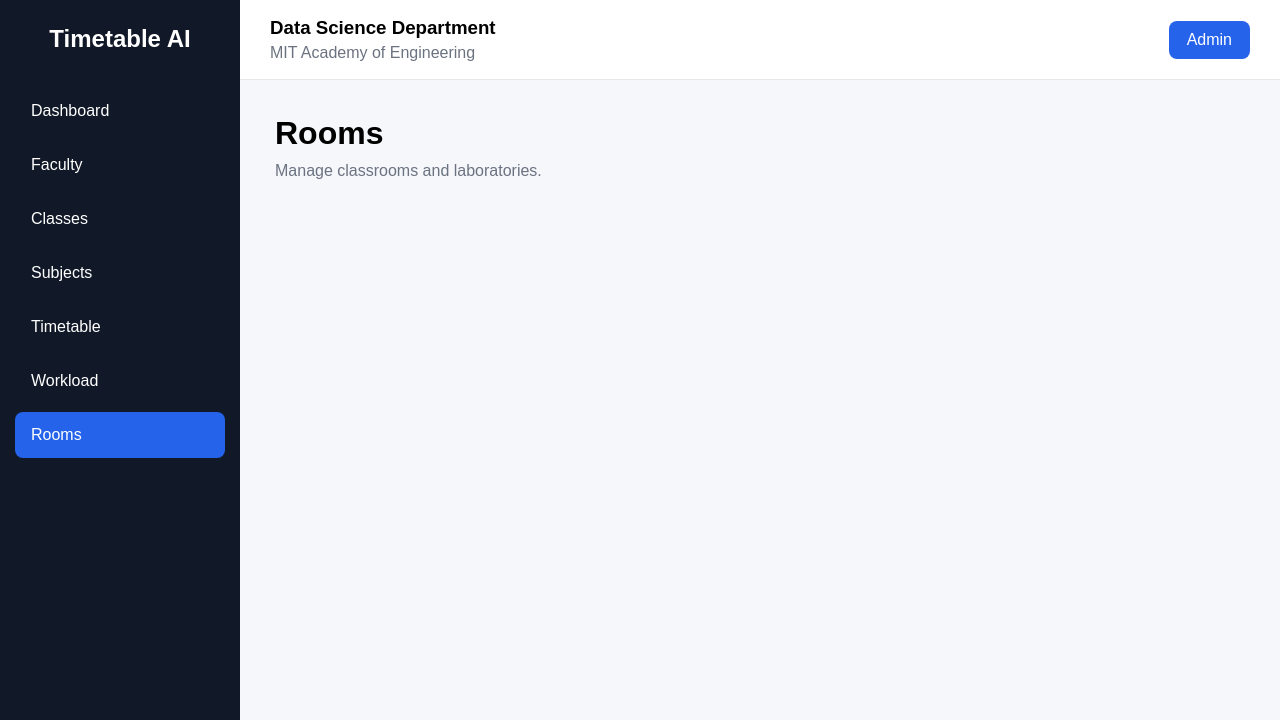
Repository: palak-surana/Intelligent-Timetable-System
Page: /rooms (app in frontend/)
An editor plug-in stored every save of this project. The page is shown before and after the next save, followed by the edit.
The browser window is 1280 px wide. The pictures show the whole page.
The project was rebuilt for these pictures with package versions that can differ from the ones it lists, and the page was loaded fresh each time. Also part of the build but not shown: frontend/vite.config.js, frontend/src/pages/Dashboard.jsx, frontend/src/pages/Faculty.jsx, frontend/src/pages/Classes.jsx, frontend/src/pages/Subjects.jsx, frontend/src/pages/Timetable.jsx, frontend/src/pages/Workload.jsx.

Above is the page before, as saved 2026-08-15 22:43:01.

### frontend/src/index.css
* {
  margin: 0;
  padding: 0;
  box-sizing: border-box;
}

body {
  font-family: Arial, sans-serif;
  background: #f5f7fb;
}

.app {
  display: flex;
  min-height: 100vh;
}

.sidebar {
  width: 240px;
  min-height: 100vh;
  background: #111827;
  color: white;
  padding: 25px 15px;
}

.sidebar h2 {
  text-align: center;
  margin-bottom: 35px;
}

.nav-item {
  padding: 14px 16px;
  margin-bottom: 8px;
  border-radius: 8px;
  cursor: pointer;
}

.nav-item:hover,
.nav-item.active {
  background: #2563eb;
}

.main {
  flex: 1;
}

.navbar {
  height: 80px;
  background: white;
  padding: 15px 30px;
  display: flex;
  justify-content: space-between;
  align-items: center;
  border-bottom: 1px solid #e5e7eb;
}

.navbar h3 {
  margin-bottom: 5px;
}

.navbar p {
  color: #6b7280;
}

.admin {
  background: #2563eb;
  color: white;
  padding: 10px 18px;
  border-radius: 8px;
}

.dashboard {
  padding: 35px;
}

.dashboard h1 {
  margin-bottom: 8px;
}

.welcome {
  color: #6b7280;
  margin-bottom: 30px;
}

.stats {
  display: grid;
  grid-template-columns: repeat(4, 1fr);
  gap: 20px;
}

.card {
  background: white;
  padding: 25px;
  border-radius: 12px;
  box-shadow: 0 2px 10px rgba(0, 0, 0, 0.05);
}

.card h2 {
  font-size: 32px;
  margin-bottom: 8px;
}

.card p {
  color: #6b7280;
}

.department-card {
  background: white;
  margin-top: 30px;
  padding: 25px;
  border-radius: 12px;
}

.classes {
  display: flex;
  gap: 20px;
  margin-top: 20px;
}

.classes div {
  flex: 1;
  padding: 25px;
  background: #f3f4f6;
  border-radius: 10px;
  text-align: center;
  font-weight: bold;
}

/* Sidebar links */
.nav-item {
  display: block;
  color: white;
  text-decoration: none;
  padding: 14px 16px;
  margin-bottom: 8px;
  border-radius: 8px;
  cursor: pointer;
}

.nav-item:hover {
  background: #2563eb;
}

.nav-item.active {
  background: #2563eb;
}

/* Page content */
.page {
  padding: 35px;
}

.page h1 {
  margin-bottom: 10px;
}

.page p {
  color: #6b7280;
}

.page-header {
  display: flex;
  justify-content: space-between;
  align-items: center;
  margin-bottom: 30px;
}

.page-header h1 {
  margin-bottom: 8px;
}

.primary-button,
.save-button {
  border: none;
  background: #2563eb;
  color: white;
  padding: 12px 20px;
  border-radius: 8px;
  cursor: pointer;
  font-size: 15px;
  font-weight: 600;
}

.primary-button:hover,
.save-button:hover {
  background: #1d4ed8;
}

.faculty-form {
  background: white;
  padding: 25px;
  border-radius: 12px;
  margin-bottom: 30px;
  box-shadow: 0 2px 10px rgba(0, 0, 0, 0.05);
}

.faculty-form h2 {
  margin-bottom: 20px;
}

.form-grid {
  display: grid;
  grid-template-columns: repeat(2, 1fr);
  gap: 15px;
  margin-bottom: 20px;
}

.form-grid input,
.form-grid select {
  padding: 12px;
  border: 1px solid #d1d5db;
  border-radius: 7px;
  font-size: 14px;
  outline: none;
}

.form-grid input:focus,
.form-grid select:focus {
  border-color: #2563eb;
}

.faculty-summary {
  display: grid;
  grid-template-columns: repeat(4, 1fr);
  gap: 20px;
  margin-bottom: 30px;
}

.summary-card {
  background: white;
  padding: 22px;
  border-radius: 12px;
  display: flex;
  flex-direction: column;
  gap: 8px;
  box-shadow: 0 2px 10px rgba(0, 0, 0, 0.05);
}

.summary-card span {
  color: #6b7280;
}

.summary-card strong {
  font-size: 28px;
}

.faculty-table {
  background: white;
  border-radius: 12px;
  overflow: hidden;
  box-shadow: 0 2px 10px rgba(0, 0, 0, 0.05);
}

.table-header {
  display: grid;
  grid-template-columns: 1fr 2fr 1.5fr 1fr 1fr;
  padding: 18px 20px;
  background: #f3f4f6;
  font-weight: 600;
}

.empty-state {
  text-align: center;
  padding: 60px 20px;
}

.empty-state h3 {
  margin-bottom: 8px;
}

.empty-state p {
  color: #6b7280;
}
.table-row {
  display: grid;
  grid-template-columns: 1fr 2fr 1.5fr 1fr 1fr;
  align-items: center;
  padding: 18px 20px;
  border-top: 1px solid #e5e7eb;
}

.table-row small {
  display: block;
  color: #6b7280;
  margin-top: 4px;
}

.delete-button {
  width: fit-content;
  border: none;
  background: #dc2626;
  color: white;
  padding: 8px 14px;
  border-radius: 6px;
  cursor: pointer;
}

.delete-button:hover {
  background: #b91c1c;
}
.class-summary {
  display: grid;
  grid-template-columns: repeat(3, 1fr);
  gap: 20px;
  margin-bottom: 30px;
}

.class-grid {
  display: grid;
  grid-template-columns: repeat(3, 1fr);
  gap: 20px;
}

.class-card {
  background: white;
  padding: 25px;
  border-radius: 12px;
  box-shadow: 0 2px 10px rgba(0, 0, 0, 0.05);
}

.class-icon {
  width: 50px;
  height: 50px;
  display: flex;
  align-items: center;
  justify-content: center;
  background: #2563eb;
  color: white;
  border-radius: 10px;
  font-weight: bold;
  margin-bottom: 20px;
}

.class-card h2 {
  margin-bottom: 6px;
}

.class-card p {
  color: #6b7280;
  margin-bottom: 18px;
}

.status {
  display: inline-block;
  padding: 6px 12px;
  border-radius: 20px;
  background: #dcfce7;
  color: #166534;
  font-size: 13px;
  font-weight: 600;
}
.subject-summary {
  display: grid;
  grid-template-columns: repeat(4, 1fr);
  gap: 20px;
  margin-bottom: 30px;
}

.subject-types {
  display: grid;
  grid-template-columns: repeat(2, 1fr);
  gap: 20px;
  margin-bottom: 30px;
}

.subject-type-card {
  background: white;
  padding: 25px;
  border-radius: 12px;
  display: flex;
  align-items: center;
  gap: 18px;
  box-shadow: 0 2px 10px rgba(0, 0, 0, 0.05);
}

.subject-icon {
  width: 50px;
  height: 50px;
  display: flex;
  align-items: center;
  justify-content: center;
  background: #2563eb;
  color: white;
  border-radius: 10px;
  font-size: 20px;
  font-weight: bold;
}

.subject-type-card h2 {
  margin-bottom: 5px;
}

.subject-type-card p {
  color: #6b7280;
}

.subject-header {
  grid-template-columns: 1fr 2fr 1fr 1.5fr 1.5fr;
}

### frontend/src/App.jsx
import { BrowserRouter, Routes, Route } from "react-router-dom";

import Sidebar from "./components/Sidebar";
import Navbar from "./components/Navbar";

import Dashboard from "./pages/Dashboard";
import Faculty from "./pages/Faculty";
import Classes from "./pages/Classes";
import Subjects from "./pages/Subjects";
import Timetable from "./pages/Timetable";
import Workload from "./pages/Workload";
import Rooms from "./pages/Rooms";

function App() {
  return (
    <BrowserRouter>
      <div className="app">
        <Sidebar />

        <div className="main">
          <Navbar />

          <Routes>
            <Route path="/" element={<Dashboard />} />
            <Route path="/faculty" element={<Faculty />} />
            <Route path="/classes" element={<Classes />} />
            <Route path="/subjects" element={<Subjects />} />
            <Route path="/timetable" element={<Timetable />} />
            <Route path="/workload" element={<Workload />} />
            <Route path="/rooms" element={<Rooms />} />
          </Routes>
        </div>
      </div>
    </BrowserRouter>
  );
}

export default App;

### frontend/src/components/Sidebar.jsx
import { NavLink } from "react-router-dom";

function Sidebar() {
  return (
    <aside className="sidebar">
      <h2>Timetable AI</h2>

      <nav>
        <NavLink
          to="/"
          className={({ isActive }) =>
            isActive ? "nav-item active" : "nav-item"
          }
        >
          Dashboard
        </NavLink>

        <NavLink
          to="/faculty"
          className={({ isActive }) =>
            isActive ? "nav-item active" : "nav-item"
          }
        >
          Faculty
        </NavLink>

        <NavLink
          to="/classes"
          className={({ isActive }) =>
            isActive ? "nav-item active" : "nav-item"
          }
        >
          Classes
        </NavLink>

        <NavLink
          to="/subjects"
          className={({ isActive }) =>
            isActive ? "nav-item active" : "nav-item"
          }
        >
          Subjects
        </NavLink>

        <NavLink
          to="/timetable"
          className={({ isActive }) =>
            isActive ? "nav-item active" : "nav-item"
          }
        >
          Timetable
        </NavLink>

        <NavLink
          to="/workload"
          className={({ isActive }) =>
            isActive ? "nav-item active" : "nav-item"
          }
        >
          Workload
        </NavLink>

        <NavLink
          to="/rooms"
          className={({ isActive }) =>
            isActive ? "nav-item active" : "nav-item"
          }
        >
          Rooms
        </NavLink>
      </nav>
    </aside>
  );
}

export default Sidebar;

### frontend/src/components/Navbar.jsx
function Navbar() {
  return (
    <header className="navbar">
      <div>
        <h3>Data Science Department</h3>
        <p>MIT Academy of Engineering</p>
      </div>

      <div className="admin">
        Admin
      </div>
    </header>
  );
}

export default Navbar;

### frontend/src/pages/Rooms.jsx
function Rooms() {
  return (
    <main className="page">
      <h1>Rooms</h1>
      <p>Manage classrooms and laboratories.</p>
    </main>
  );
}

export default Rooms;

Loaded but not shown: frontend/src/main.jsx (common file)

After the next save:
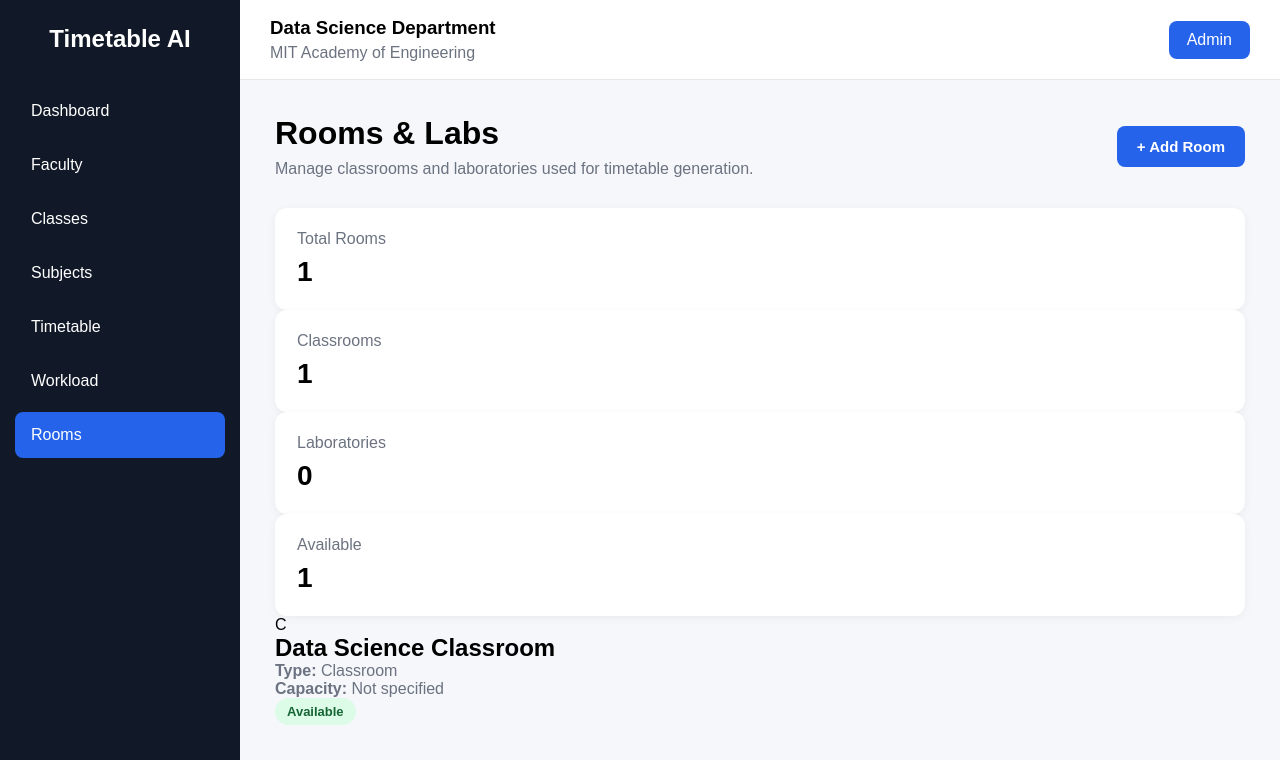
Saved 71 s later.
--- a/frontend/src/pages/Rooms.jsx
+++ b/frontend/src/pages/Rooms.jsx
@@ -1,8 +1,87 @@
 function Rooms() {
+  const rooms = [
+    {
+      name: "Data Science Classroom",
+      type: "Classroom",
+      capacity: "Not specified",
+      status: "Available",
+    },
+  ];
+
   return (
     <main className="page">
-      <h1>Rooms</h1>
-      <p>Manage classrooms and laboratories.</p>
+
+      <div className="page-header">
+        <div>
+          <h1>Rooms & Labs</h1>
+          <p>
+            Manage classrooms and laboratories used for timetable generation.
+          </p>
+        </div>
+
+        <button className="primary-button">
+          + Add Room
+        </button>
+      </div>
+
+      <div className="room-summary">
+
+        <div className="summary-card">
+          <span>Total Rooms</span>
+          <strong>{rooms.length}</strong>
+        </div>
+
+        <div className="summary-card">
+          <span>Classrooms</span>
+          <strong>
+            {rooms.filter((room) => room.type === "Classroom").length}
+          </strong>
+        </div>
+
+        <div className="summary-card">
+          <span>Laboratories</span>
+          <strong>
+            {rooms.filter((room) => room.type === "Laboratory").length}
+          </strong>
+        </div>
+
+        <div className="summary-card">
+          <span>Available</span>
+          <strong>
+            {rooms.filter((room) => room.status === "Available").length}
+          </strong>
+        </div>
+
+      </div>
+
+      <div className="room-grid">
+
+        {rooms.map((room) => (
+          <div className="room-card" key={room.name}>
+
+            <div className="room-icon">
+              {room.type === "Classroom" ? "C" : "L"}
+            </div>
+
+            <h2>{room.name}</h2>
+
+            <p>
+              <strong>Type:</strong> {room.type}
+            </p>
+
+            <p>
+              <strong>Capacity:</strong> {room.capacity}
+            </p>
+
+            <span className="status">
+              {room.status}
+            </span>
+
+          </div>
+        ))}
+
+      </div>
+
     </main>
   );
 }
